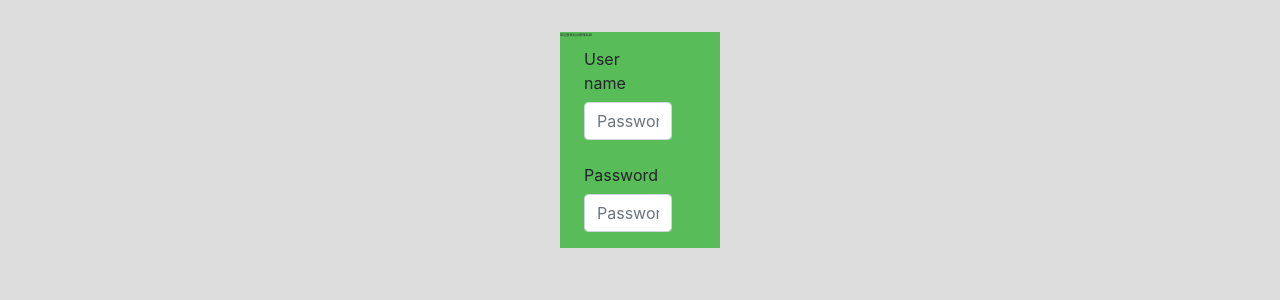
Repository: Rayfang0719/Vue-admin
Page: /
An editor plug-in stored every save of this project. The page is shown before and after the next save, followed by the edit.
The browser window is 1280 px wide. The pictures show the whole page.
The project was rebuilt for these pictures with package versions that can differ from the ones it lists, and the page was loaded fresh each time. Also part of the build but not shown: vue.config.js.

Above is the page before, as saved 2019-05-11 09:57:38.

### public/index.html
<!DOCTYPE html>
<html lang="en">
  <head>
    <meta charset="utf-8">
    <meta http-equiv="X-UA-Compatible" content="IE=edge">
    <meta name="viewport" content="width=device-width,initial-scale=1.0">
    <link rel="icon" href="<%= BASE_URL %>favicon.ico">
    <title>secco-admin</title>
    <style>
    html,body{
      width:100%;
      height:100%;
    }

    </style>
  </head>
  <body>

    <div id="app"></div>
    <!-- built files will be auto injected -->
  </body>
</html>

### src/main.js
import Vue from 'vue'
import App from './App.vue'
import router from './router/router'
import store from './store'

// import axios from "axios";
// Vue.prototype.$axios = axios;

// import bootstrap lib to the project,没有路径就会直接去找node_modules
import "bootstrap";

import 'lib-flexible';
Vue.config.productionTip = false

new Vue({
  router,
  store,
  render: h => h(App)
}).$mount('#app')

### src/App.vue
<template>
  <div id="app">

    <router-view/>
  </div>
</template>
<script>
export default {

}
</script>

<style>
@import  '../node_modules/bootstrap/dist/css/bootstrap.css';

#app{
  height:100%;
  width:100%;
  background-color: #ddd;
  overflow:hidden;
}
</style>

### src/router/router.js
import Vue from 'vue'
import Router from 'vue-router'
import Login from '../pages/login.vue'


Vue.use(Router)

export default new Router({
  mode: 'history',
  base: process.env.BASE_URL,
  routes: [
    {
      path: '/',
      name: 'Login',
      component: Login
    },
    {
      path: '/admin',
      name: 'admin',
      meta: {
        requireAuth: true
      },
      // route level code-splitting
      // this generates a separate chunk (about.[hash].js) for this route
      // which is lazy-loaded when the route is visited.
      component: () => import(/* webpackChunkName: "about" */ '../pages/admin/admin.vue'),
      children: [
        {
          path: 'goods',
          name: 'goods',
          title: '商品管理',
          component: () => import('../pages/admin/goods/goods'),//路径要自己改
          children:[
            {
              path: 'list',
              name: 'list',
              title: '商品列表',
              component: () => import('../pages/admin/goods/list'),//路径要自己改
            },
            {
              path: 'categories',
              name: 'categories',
              title: '商品分类',
              component: () => import('../pages/admin/goods/categories'),//路径要自己改
            },
            {
              path: 'addgoods',
              name: 'addgoods',
              title: '添加商品',
              component: () => import('../pages/admin/goods/addgoods'),//路径要自己改
            },
          ]
        },
        {
          path: 'users',
          name: 'users',
          title: '用户管理',
          component: () => import('../pages/admin/users/users'),//路径要自己改
          children:[
            {
              path: 'list',
              name: 'list',
              title: '用户列表',
              component: () => import('../pages/admin/users/list'),//路径要自己改
            },
            {
              path: 'adduser',
              name: 'adduser',
              title: '添加用户',
              component: () => import('../pages/admin/users/adduser'),//路径要自己改
            },

          ]
        },
      ]
    }
  ]
})

### src/store/index.js
import Vue from 'vue'
import Vuex from 'vuex'
import createPersistedState from 'vuex-persistedstate'

Vue.use(Vuex)

/* eslint-disable no-new */
const store = new Vuex.Store({
  plugins: [createPersistedState()],
  modules: {
  }
})

export default store

### src/pages/login.vue
<template>
<div class="login">
    <h3>欢迎登录后台管理系统</h3>

<form class="login-form">
   <div class="form-group row">
    <label for="inputUsername" class="col-sm-2 col-form-label">User name</label>
    <div class="col-sm-10">
      <input type="password" class="form-control" id="inputUsername" placeholder="Password">
    </div>
  </div>
  <div class="form-group row">
    <label for="inputPassword" class="col-sm-2 col-form-label">Password</label>
    <div class="col-sm-10">
      <input type="password" class="form-control" id="inputPassword" placeholder="Password">
    </div>
  </div>
</form>


</div>
</template>
<script>
export default {

}
</script>
<style lang="scss" scoped>
.login{
    margin: 2rem auto;
    overflow:hidden;
    width: 10rem;
    /* height:5rem; */
    background-color:#58bc58;
    padding-top:.013333rem;
    h3{
        margin: .133333rem auto;
        font-size: .2rem;
    }
    .login-form{
        width:7rem;
        margin:0px auto;
    }
}
</style>

After the next save:
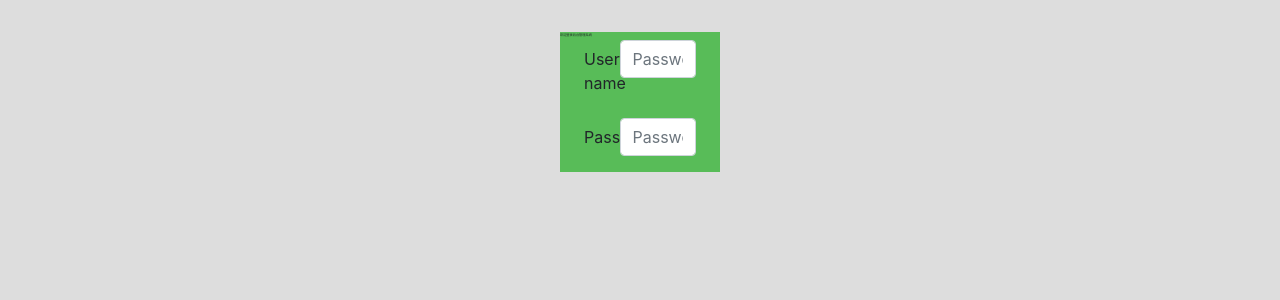
Saved 23 s later.
--- a/src/pages/login.vue
+++ b/src/pages/login.vue
@@ -4,14 +4,14 @@
 
 <form class="login-form">
    <div class="form-group row">
-    <label for="inputUsername" class="col-sm-2 col-form-label">User name</label>
-    <div class="col-sm-10">
+    <label for="inputUsername" class="col-sm-3 col-form-label">User name</label>
+    <div class="col-sm-9">
       <input type="password" class="form-control" id="inputUsername" placeholder="Password">
     </div>
   </div>
   <div class="form-group row">
-    <label for="inputPassword" class="col-sm-2 col-form-label">Password</label>
-    <div class="col-sm-10">
+    <label for="inputPassword" class="col-sm-3 col-form-label">Password</label>
+    <div class="col-sm-9">
       <input type="password" class="form-control" id="inputPassword" placeholder="Password">
     </div>
   </div>
